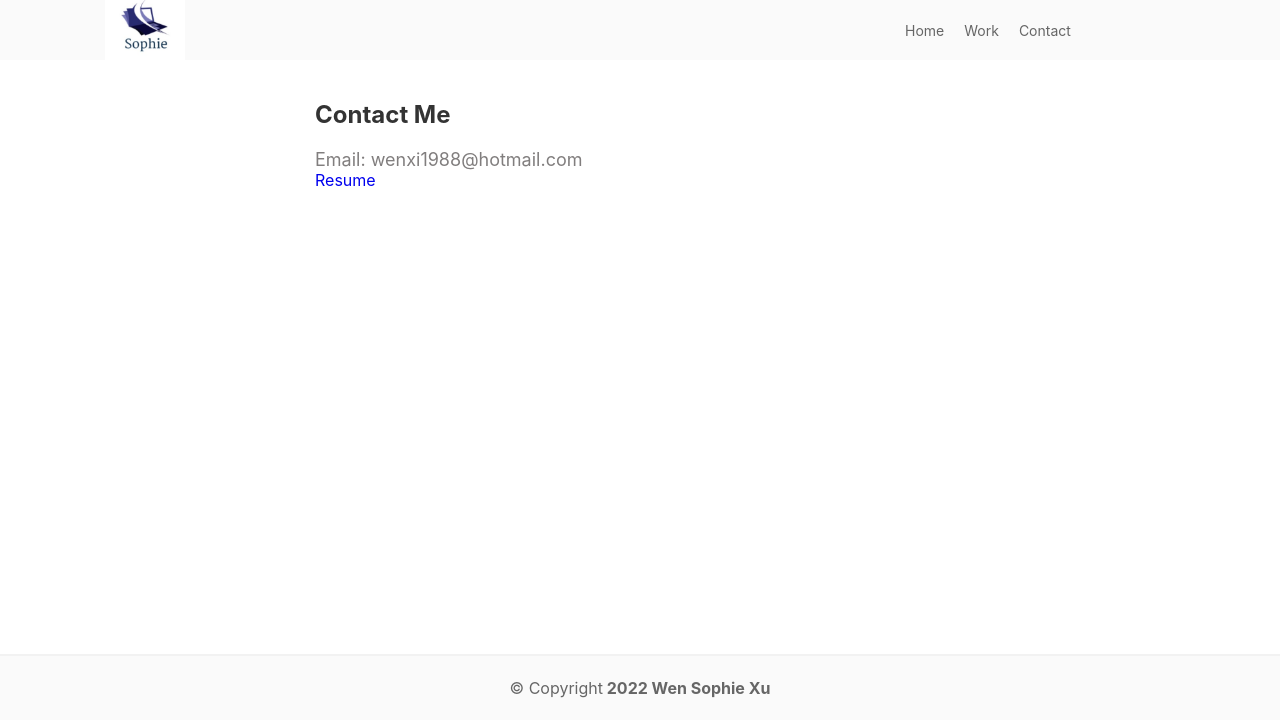
Repository: wenxi0504/myResume_app
Page: /contact
These files come from the project's save history. The page is drawn as it stood at one moment and after the next save; the edit follows.
The browser window is 1280 px wide. The pictures show the whole page.
The project was rebuilt for these pictures with package versions that can differ from the ones it lists, and the page was loaded fresh each time. Also part of the build but not shown: src/pages/HomePage/home.module.scss, src/pages/HomePage/index.js, src/pages/WorkPage/works.module.scss, src/components/WorkLists/work.module.scss, src/components/WorkLists/index.js, src/pages/WorkPage/index.js.

Above is the page before, as saved 2022-01-04 21:37:04.

After the next save:
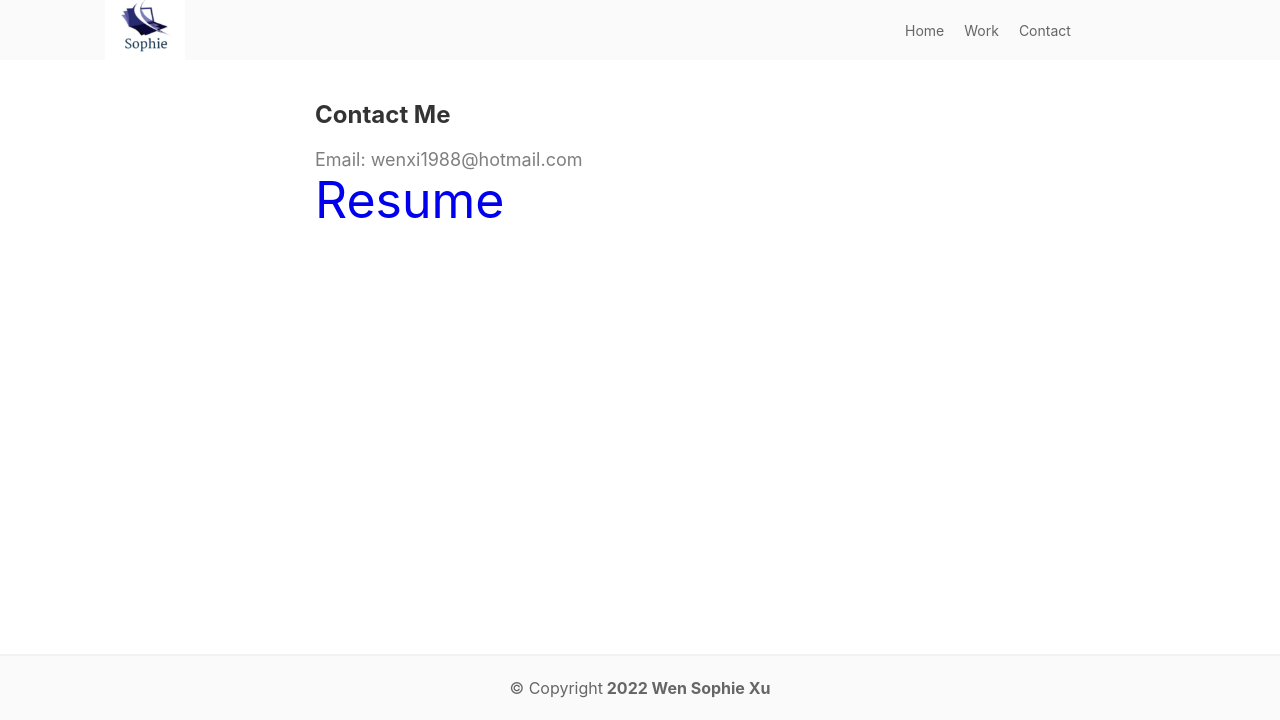
Saved 94 s later.
--- a/src/pages/Contact/contact.module.scss
+++ b/src/pages/Contact/contact.module.scss
@@ -17,13 +17,13 @@
                 font-size: 18px;
             }
 
-        .link{
-            margin-top: 20px;
-            padding-top: 60px;
-            font-size: 50px;
+       a{margin-top: 20px;
+        padding-top: 60px;
+        font-size: 50px;
+}
 
 
-        }
+
             }
 
     }

After the save that followed:
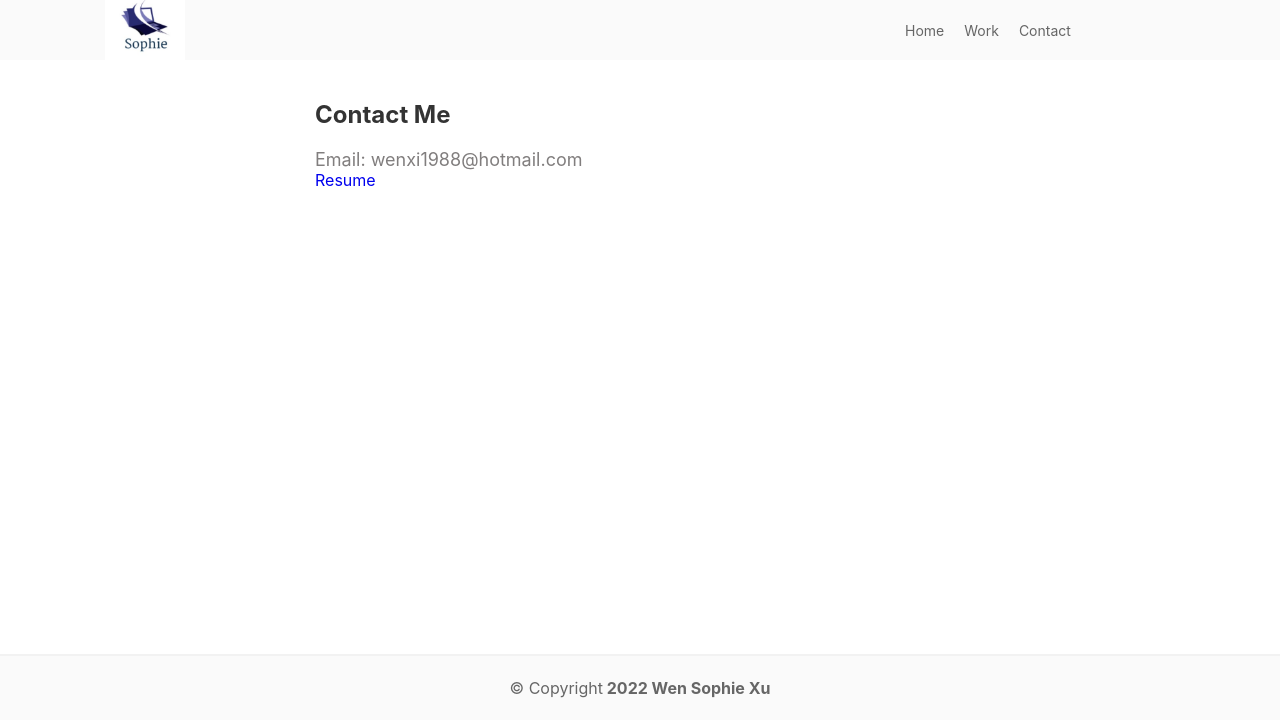
Saved 21 s later.
--- a/src/pages/Contact/contact.module.scss
+++ b/src/pages/Contact/contact.module.scss
@@ -1,30 +1,25 @@
+.wrap {
+  text-align: left;
+  flex: 1;
+  .box {
+    width: 650px;
+    margin: 0px auto;
+    padding: 40px 0px;
+    .title {
+      h1 {
+        font-size: 24px;
+      }
+      p {
+        color: rgb(129, 126, 126);
+        padding-top: 20px;
+        font-size: 18px;
+      }
 
-.wrap{
-    text-align: left;
-    flex: 1;
-    .box{
-        width: 650px;
-        margin: 0px auto;
-        padding: 40px 0px;
-        .title{
-            h1{
-                font-size: 24px;
-            }
-            p{
-
-                color: rgb(129, 126, 126);
-                padding-top: 20px;
-                font-size: 18px;
-            }
-
-       a{margin-top: 20px;
+      a {
+        margin-top: 20px;
         padding-top: 60px;
-        font-size: 50px;
+        font-size: 16px;
+      }
+    }
+  }
 }
-
-
-
-            }
-
-    }
-}
